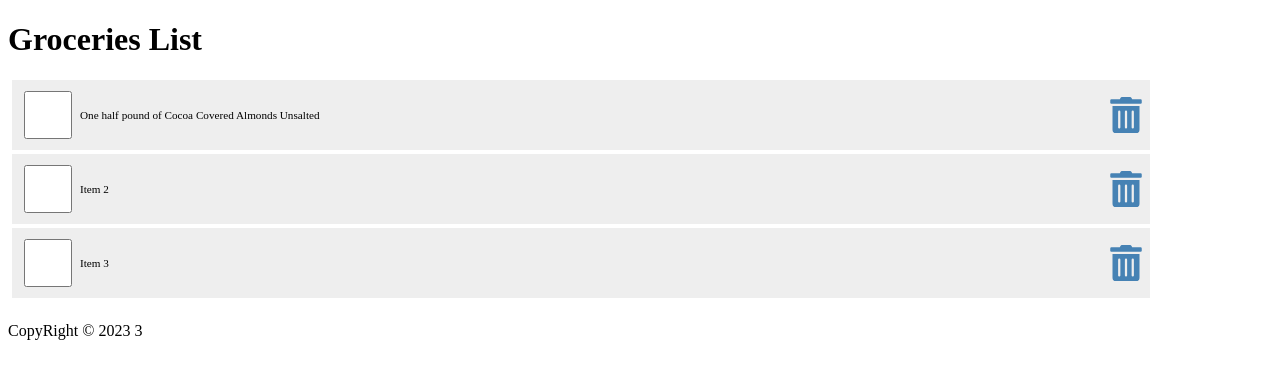
Repository: akinmiday/react-series
Page: /
The author's editor kept a copy of each file at every save. The page is drawn from the files as they stood at one save, then again after the next save.
The browser window is 1280 px wide. The pictures show the whole page.
The project was rebuilt for these pictures with package versions that can differ from the ones it lists, and the page was loaded fresh each time. Also part of the build but not shown: vite.config.js, src/index.css.

Above is the page before, as saved 2023-08-21 19:11:26.

### src/App.jsx
import { useState } from 'react'
import './App.css'
import Content from './Content'
import Footer from './Footer'
import Header from './Header'

const App = () => {
  const [items, setItems] = useState([
    {
      id: 1,
      checked: false,
      item: "One half pound of Cocoa Covered Almonds Unsalted"
    },
    {
      id: 2,
      checked: false,
      item: "Item 2"
    },
    {
      id: 3,
      checked: false,
      item: "Item 3"

    }
  ])

  const handleCheck = (id) => {
    const listItems = items.map((item) => item.id === id ? { ...item, checked: !item.checked } : item)
    setItems(listItems)
    localStorage.setItem("shoppinglist", JSON.stringify(listItems))
  }

  const handleDelete = (id) => {
    const listItems = items.filter((item) => item.id !== id)
    setItems(listItems)
    localStorage.setItem("shoppinglist", JSON.stringify(listItems))
  }

  return (
    <>
      <Header title="Groceries List" />
      <Content
        items={items}
        handleCheck={handleCheck}
        handleDelete={handleDelete}
      />
      <Footer length={items.length} />
    </>
  )
}

export default App

### src/App.css
ul {
    width: 90%;
    list-style: none;
    padding: 0 0.25rem 0.25rem;
}

ul li::before{
    content: "\200B";
}

.item{
    display: flex;
    justify-content: flex-start;
    align-items: center;
    padding: 0.5rem 0 0.5rem 0.5rem;
    margin: 0.25rem 0;
    background-color: #eee;
}

.item input[type="checkbox"] {
    text-align: center;
    width: 2.5rem;
    width: 48px;
    min-width: 48px;
    height: 2.5rem;
    height: 48px;
    min-height: 48px;
    cursor: pointer;
    margin-right: 0.5rem;
}

.item input[type="checkbox"]:focus + label{
text-decoration: underline;
}

.item > label{
    font-size: 0.7rem;
    flex-grow: 1;
}

.item svg{
    width: 48px;
    min-width: 48px;
    height: 36px;
    font-size: 2px;
    color: steelblue;
    cursor: pointer;
}

.item svg:focus,
.item svg:hover{
    color: red;
    outline: none;
}

### src/Content.jsx
/* eslint-disable react/prop-types */
import { FaTrashAlt } from "react-icons/fa"

const Content = ({ items, handleCheck, handleDelete }) => {

    return (
        <>
            {items.length ? (
                <ul>
                    {items.map((item) => (
                        <li className='item' key={item.id} >
                            <input
                                type='checkbox'
                                checked={item.checked}
                                onChange={() => handleCheck(item.id)}
                            />
                            <label
                                style={(item.checked) ? { textDecoration: 'line-through' } : null}
                                onDoubleClick={() => handleCheck(item.id)}
                            >{item.item}</label>
                            <FaTrashAlt
                                onClick={() => handleDelete(item.id)}
                                role='button'
                                tabIndex="0"
                            />
                        </li>
                    ))}
                </ul>
            ) : (
                <p style={{ marginTop: '2rem' }} >Your List is empty</p>
            )}
        </>
    )
}

export default Content

### src/Footer.jsx
const Footer = ({ length }) => {
  const year = new Date()
  return (
    <div>
      <p>CopyRight &copy; {year.getFullYear()} {length} </p>
    </div>
  )
}

export default Footer

### src/Header.jsx
// eslint-disable-next-line react/prop-types
const Header = ({ title }) => {
    return (
        <header>
            <h1>{title}</h1>
        </header>
    )
}

export default Header

Loaded but not shown: index.html (common file); src/main.jsx (common file)

After the next save:
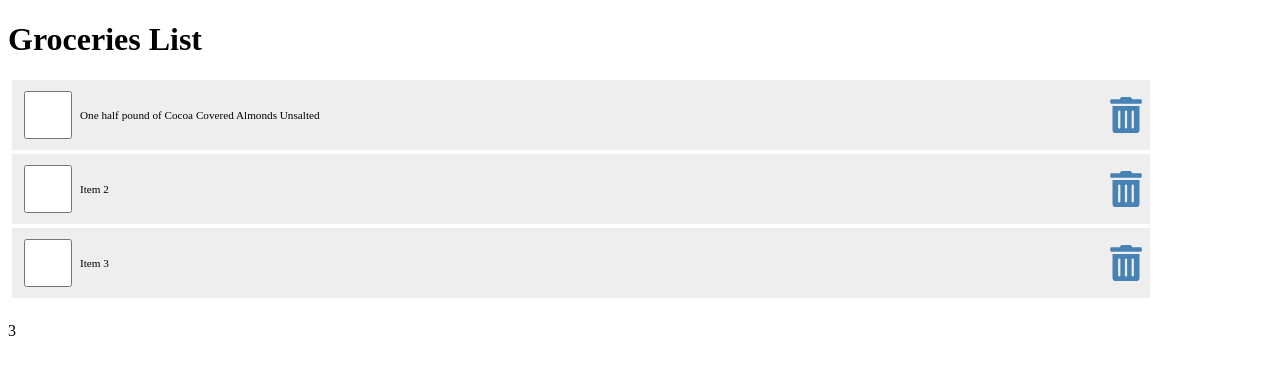
Saved 119 s later.
--- a/src/Footer.jsx
+++ b/src/Footer.jsx
@@ -1,8 +1,8 @@
 const Footer = ({ length }) => {
-  const year = new Date()
+
   return (
     <div>
-      <p>CopyRight &copy; {year.getFullYear()} {length} </p>
+      <p>{length}  </p>
     </div>
   )
 }
